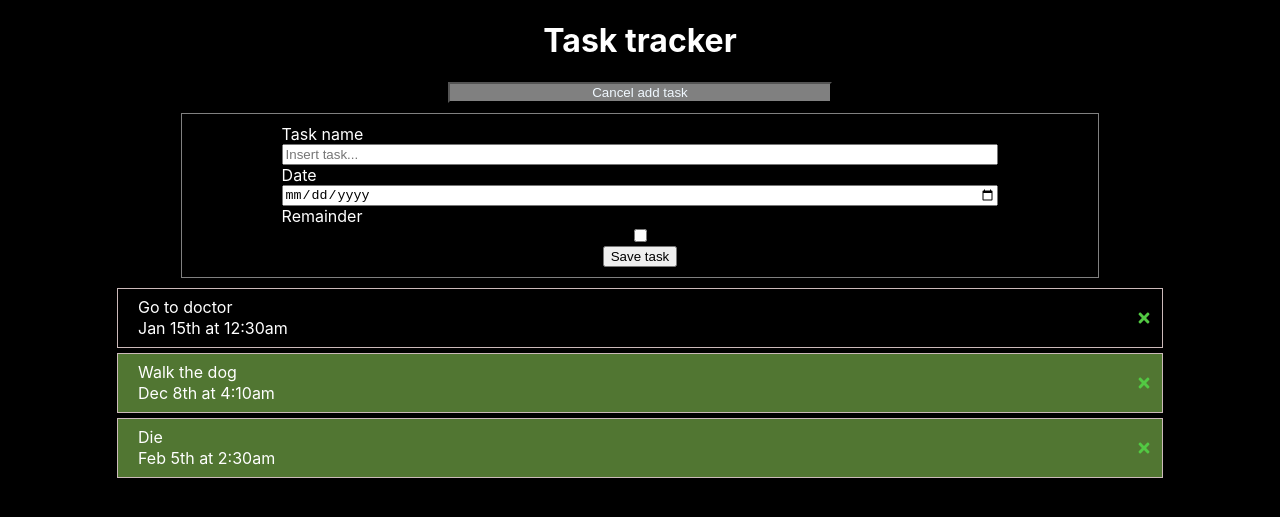
Repository: roscaImarius/task-tracker-react
Page: /, after clicking the first element matching `button.add-btn`
An editor plug-in stored every save of this project. The page is shown before and after the next save, followed by the edit.
The browser window is 1280 px wide. The pictures show the whole page.
The project was rebuilt for these pictures with package versions that can differ from the ones it lists, and the page was loaded fresh each time.

Above is the page before, as saved 2021-03-31 13:01:52.

After the next save:
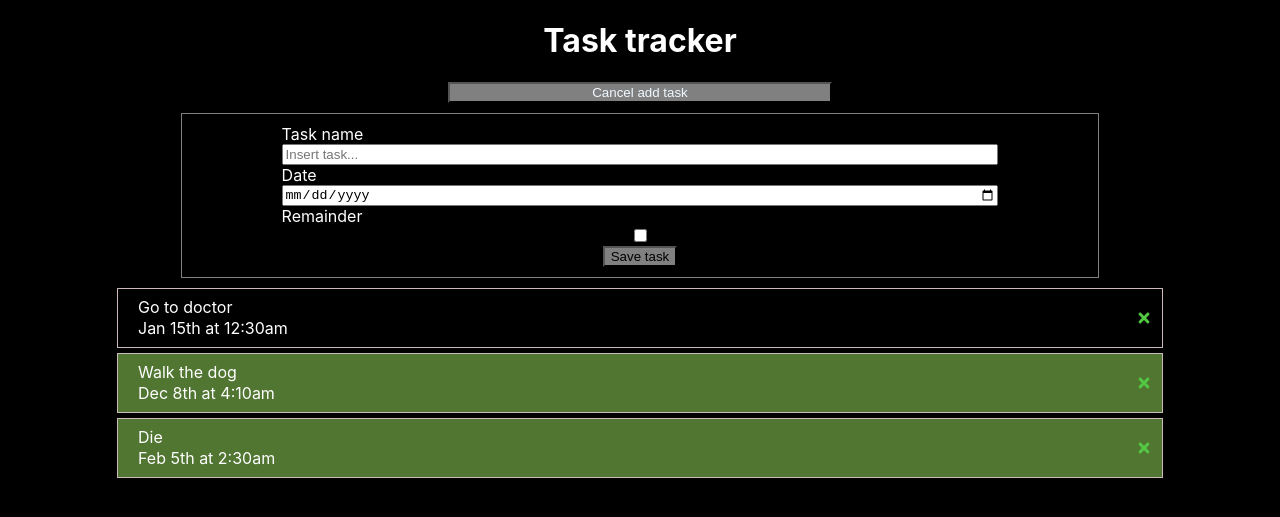
Saved 12 s later.
--- a/src/App.css
+++ b/src/App.css
@@ -55,3 +55,6 @@ body {
   border: 1px solid gray;
   margin-bottom: 10px;
 }
+.saveTask {
+  background-color: gray;
+}
